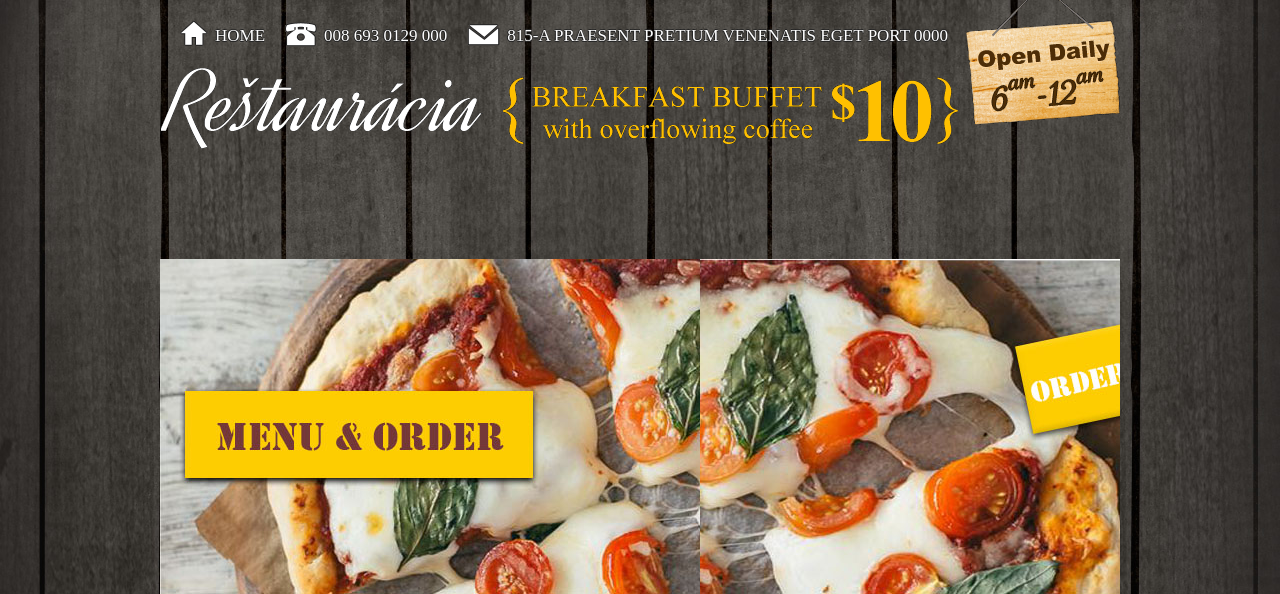
Repository: WarapornPum/OoadProject
Page: http://localhost/PizzaOrderSystem/Home.jsp
These files come from the project's save history. The page is drawn as it stood at one moment and after the next save; the edit follows.
The browser window is 1280 px wide. The pictures show the part of the page from y = 0 to 594 px (the page is 1195 px tall).
Pictures or frames that could not be fetched are drawn as grey boxes. The page is served by Tomcat 9. Other server files are loaded and not shown.

Above is the page before, as saved 2019-02-16 10:13:36.

### PizzaOrderSystem/WebContent/Home.jsp
<%@ page language="java" contentType="text/html; charset=UTF-8"
    pageEncoding="UTF-8"%>
<!DOCTYPE html PUBLIC "-//W3C//DTD HTML 4.01 Transitional//EN" "http://www.w3.org/TR/html4/loose.dtd">
<html>
<head>
	<title>Restaurant Website Template</title>
	<link rel="stylesheet" type="text/css" href="css/style.css">
</head>
<body>
	<div id="header"> <!-- start of header -->
		<span class="signboard"></span>
		<ul id="infos">
			<li class="home">
				<a href="index.html">HOME</a>
			</li>
			<li class="phone">
				<a href="contact.html">008 693 0129 000</a>
			</li>
			<li class="address">
				<a href="contact.html">815-A PRAESENT PRETIUM VENENATIS EGET PORT 0000</a>
			</li>
		</ul>
		<a href="index.html" id="logo"></a>
		<a href="menu.html" class="tagline"></a>
	</div> <!-- end of header -->

	<div id="body"> <!-- start of content -->
		<ul id="featured"> <!-- start of featured -->
			<li class="main">
				<a href="Menu.jsp"></a>
			</li>
			<li class="drinks">
				<a href="drinks.html"></a>
			</li>
			<li class="entree">
				<a href="entree.html"></a>
			</li>
			<li class="desserts">
				<a href="desserts.html"></a>
			</li>
		</ul> <!-- end of featured -->
	</div> <!-- end of content -->
	<div id="footer"> <!-- start of footer -->
		<ul class="advertise">
			<li class="delivery">
				<h2>Hungry? We Deliver</h2>
				<a href="menu.html">Download our Menu</a>
			</li>
			<li class="event">
				<h2>Party! Party!</h2>
				<p>Celebrate your<br> Special Events with Us</p>
			</li>
			<li class="connect">
				<h2>Let's Keep in Touch</h2>
				<a href="http://facebook.com/freewebsitetemplates" target="_blank" class="fb" title="Facebook"></a>
				<a href="http://twitter.com/fwtemplates" target="_blank" class="twitr" title="Twitter"></a>
			</li>
		</ul>
		<div>
			<ul class="navigation">
				<li class="selected"><a href="index.html">Home</a></li>
				<li><a href="booking.html">Book an event</a></li>
				<li><a href="blog.html">Blog</a></li>
				<li><a href="about.html">About</a></li>
				<li class="last"><a href="contact.html">Contact</a></li>
			</ul>
			<span>&copy; Copyright 2012. All Rights Reserved.</span>
		</div>
	</div> <!-- end of footer -->
</body>
</html>

### PizzaOrderSystem/WebContent/css/style.css
/* Website template by freewebsitetemplates.com */
@font-face {
    font-family: 'DynalightRegular';
    src: url('../fonts/dynalight-regular-webfont.eot');
    src: url('../fonts/dynalight-regular-webfont.eot?#iefix') format('embedded-opentype'),
         url('../fonts/dynalight-regular-webfont.woff') format('woff'),
         url('../fonts/dynalight-regular-webfont.ttf') format('truetype'),
         url('../fonts/dynalight-regular-webfont.svg#DynalightRegular') format('svg');
    font-weight: normal;
    font-style: normal;
}

body {
	background: #262523 url('../images/bg-body.jpg') no-repeat center top;
	color:#ffffff;
	margin:0px;
}

#infos li.home a, #infos li.phone a, #infos li.address a,
#footer ul.advertise li.delivery a, #footer ul.advertise li.connect a.fb, #footer ul.advertise li.connect a.twitr {
	background: url(../images/icons.gif) no-repeat;
}
#navigation li a, #contents h2 {
	background: url(../images/braces-left.gif) no-repeat;
}
#navigation li a span, #contents h2 span {
	background: url(../images/braces-right.gif) no-repeat;
}

/*-------------------------- Header --------------------------*/
#header{
	width: 960px;
	margin: 0px auto 105px;
	position: relative;
}
#header span.signboard {
	float: right;
	background: url(../images/schedule.gif) no-repeat;
	display: block;
	height: 125px;
	width: 154px;
	position: relative;
	z-index: 9;
}
#header .tagline {
	background: url(../images/breakfast-buffet.gif) no-repeat;
	display: inline-block;
	height: 80px;
	width: 462px;
}

#infos {
	display: inline-block;
	width: 790px;
	margin: 0px 0px 20px;
	padding: 20px 0px 0px 10px;
}
#infos li {
	float: left;
	font-family: 'Times New Roman', Times, serif;
	font-size: 17px;
	list-style-type: none;
	padding: 0px 10px;
}
#infos li a {
	color:#ffffff;
	display:block;
	height: 21px;
	padding-top: 6px;
	text-decoration:none;
	text-shadow: 0 1px #252525, 0 1px #252525, 0 -1px #252525, -1px 0 #252525;
}
#infos li a:hover {
	color: #6dcff6;
}
#infos li.home a {
	background-position: 0 -73px;
	padding-left: 35px;
}
#infos li.phone a {
	background-position: 0 -147px;
	padding-left: 39px;
}
#infos li.address a {
	background-position: 0 -110px;
	padding-left: 40px;
}

#logo {
	background: url(../images/logo.gif) no-repeat;
	display: inline-block;
	height: 83px;
	width: 330px;
	margin-right: 5px;
}

#navigation {
	background: url(../images/bg-navigation.gif) no-repeat left top ;
	height: 32px;
	width: 550px;
	margin: 0px;
	padding: 15px 10px;
	position: absolute;
	top: 92px;
	right: 40px;
}
#navigation li {
	float: left;
	height: 30px;
	list-style-type: none;
	margin: 0px 3px;
}
#navigation li a {
	background-position: 0 -90px;
	color: #ffffff;
	display: block;
	font-family: 'DynalightRegular';
	font-size: 25px;
	height: 25px;
	line-height: 25px;
	padding-left: 16px;
	text-decoration: none;
}
#navigation li a span {
	float: right;
	background-position: right -90px;
	display: inline-block;
	height: 25px;
	margin: 0px;
	padding-right: 22px;
}
#navigation li a:hover, #navigation .current, #navigation .current a {
	background-position: 0 -52px;
	color: #ffca00;
}
#navigation li a:hover span, #navigation .current a span {
	background-position: right -52px;
}

/*-------------------------- Contents --------------------------*/
#body {
	width: 960px;
	margin: 0px auto 50px;
}

#featured {
	height: 600px;
	width: 960px;
	margin: 0px;
	padding: 0px;
}
#featured li {
	float:left;
	list-style-type: none;
}
#featured li a {
	display: block;
}
#featured li.main a {
	background: url(../images/menu_order.jpg) no-repeat 0 0;
	height: 335px;
	width: 540px;
}
#featured li.main a:hover {
	background: url(../images/menu_order_hover.jpg) no-repeat 0 0;
}

#featured li.drinks a {
	background: url(../images/menu-2.jpg) no-repeat 0 0;
	height: 335px;
	width: 420px;
}
#featured li.drinks a:hover {
	background: url(../images/menu-2-hover.jpg) no-repeat 0 0;
}

#featured li.entree a {
	background: url(../images/entree.jpg) no-repeat 0 0;
	height: 255px;
	width: 540px;
}
#featured li.entree a:hover {
	background: url(../images/entree-hover.jpg) no-repeat 0 0;
}

#featured li.desserts a {
	background: url(../images/desserts.jpg) no-repeat 0 0;
	height: 255px;
	width: 420px;
}
#featured li.desserts a:hover {
	background: url(../images/desserts-hover.jpg) no-repeat 0 0;
}

#contents {
	background-color: #ffffff;
	color: #373737;
	line-height: 24px;
	border-top: 2px outset #393939;
	border-bottom: 2px inset #393939;
	margin: 0px 0px 50px;
	padding: 22px 0px;
	text-align: center;
}
#contents h2 {
	background-position: 0 0;
	color: #265d84;
	display: inline-block;
	font-family: 'DynalightRegular';
	font-size: 41px;
	height: 41px;
	line-height: 41px;
	margin: 0px 0px 42px;
	padding-left: 22px;
}
#contents h2 span {
	background-position: right 0;
	display: block;
	height: 41px;
	padding-right: 20px;
}

#contents p {
	letter-spacing: 1px;
	margin: 0px;
	padding: 0 10px 24px;
	text-align: justify;
}
#contents p a {
	color: #373737;
	font-weight: bold;
}

#contents div {
	width: 960px;
	margin: 0px auto;
	overflow: hidden;
}

/*------------------------- Contact us page -------------------------*/
#contents div table.contact-details {
	float: left;
	line-height: 24px;
	width: 510px;
	margin: 0px 0px 20px 10px;
	text-align: left;
}
#contents div table.contact-details td {
	padding-right: 20px;
	vertical-align: top;
}

/*------------------------- book-events us page -------------------------*/
#booking form {
	display: inline-block;
	height: 401px;
	width: 960px;
}
#booking form table {
	float: left;
	width: 940px;
	border-collapse: separate;
	margin: 0px 0px 0px 10px;
	padding: 6px 0 0;
	text-align: left;
}
#booking form table span {
	display: block;
}
#booking form table td {
	line-height: 24px;
	padding: 6px 5px;
	vertical-align: center;
}
#booking form table td textarea {
	height: 179px;
	width: 100%;
	border: 1px solid #000000;
	margin: 0 0 14px;
}
#booking form table td input {
	width: 100%;
	border: 1px solid #000000;
}
#booking form table td input.number {
	width: 60px;
}
#booking form table td input.radio {
	width: 16px;
	border: 0px;
}
#booking form table td input.button {
	float: right;
	background-color: transparent;
	color: #4b4b4b;
	cursor: pointer;
	font-family: Times New Roman;
	font-size: 1em;
	font-weight: bold;
	width: 60px;
	border: 0px;
	margin: 0px;
	padding: 0px;
}

/*--------------------------About us Page --------------------------*/
#aboutus h3 {
	color: #292929;
	font-size: 15px;
	letter-spacing: 1px;
	margin: 0;
	padding: 0px 10px;
	text-align: left;
}
#aboutus p {
	color: #3e3e3e;
	font-size: 15px;
	letter-spacing: 1px;
	line-height: 24px;
}
#aboutus p a {
	color: #383838;
	font-weight: bold;
}

/*-------------------------- Menu Pages --------------------------*/
#menus p, #menus p a, #booking p, #booking p a {
	color: #333333;
	font-size: 14px;
	line-height: 24px;
	letter-spacing: 0;
}
#menus h3 {
	color: #265d84;
	font-family: 'DynalightRegular';
	font-size: 35px;
	line-height: 35px;
	font-weight: normal;
	margin: 0px 0px 24px;
	text-align: center;
}
#menus ul {
	color: #393939;
	display: inline-block;
	margin: 0 0 42px;
	padding: 0;
}
#menus ul li {
	float: left;
	list-style-type: none;
	width: 480px;
}
#menus ul li ul {
	margin: 0;
	padding: 0px;
}
#menus ul li ul li {
	float: left;
	width: 210px;
	margin: 0px;
	padding: 0px 20px 0 10px;
	text-align: left;
}
#menus .price {
	float: right;
}
#menus ul li ul li p {
	clear: both;
	font-size: 0.9em;
	font-style: italic;
	padding-left: 0px;
	padding-right: 0px;
	text-align: left;
}

/*------------------------- Main-course -------------------------*/
#menus ul.main li {
	float: left;
	list-style-type: none;
	width: 210px;
	padding: 0px 10px;
}
#menus ul.main li ul li {
	padding: 0;
}

/*------------------------- Blog Page -------------------------*/
#blogs div.sidebar {
	float: right;
	width: 240px;
	text-align: left;
}
#blogs div.sidebar h3 {
	margin: 0;
	text-transform: uppercase;
}
#contents #blogs div.sidebar ul li a {
	color: #373737;
	text-decoration: none;
}
#contents #blogs div.sidebar ul li a:hover {
	color: #0e2934;
}

#blogs div.posts {
	width: inherit;
	margin: 0 0 48px;
}
#blogs div.posts ul {
	line-height: 24px;
	margin: 0;
	padding: 0 0 0 15px;
}

#blogs div.archives {
	width: inherit;
}
#blogs div.archives ul {
	display: inline-block;
	line-height: 24px;
	list-style: none;
	margin: 0;
	padding: 0;
}
#blogs div.archives ul li {
	float: left;
	width: 120px;
}

#blogs div.section {
	width: 680px;
	margin-right: 280px;
}
#blogs div.section p {
	font-size: 15px;
	letter-spacing: 1px;
}
#blogs div.section p b {
	display: block;
}

/*------------------------- Footer -------------------------*/
#footer	{
	color: #949494;
	font-family: Times New Roman;
	width: 960px;
	margin: 0 auto;
}
#footer ul.advertise {
	display: inline-block;
	width: 940px;
	margin: 0px auto 41px;
	padding: 0px 10px;
}
#footer ul.advertise li {
	float: left;
	background: url(../images/braces.gif) 15px 0 no-repeat;
	list-style-type: none;
	height: 180px;
	width: 210px;
	margin-right: 13px;
	padding: 0px 45px;
	text-align: center;
	overflow: hidden;
}
#footer ul.advertise li h2 {
	color: #6dcff6;
	font-family: 'DynalightRegular', cursive;
	font-size: 53px;
	line-height: 53px;
	font-weight: normal;
	margin: 0px;
	padding: 6px 0;
}
#footer ul.advertise li p, #footer ul.advertise li a {
	color: #ffffff;
	font-size: 1.2em;
	line-height: 20px;
	margin: 0px;
	text-decoration: none;
}

#footer ul.advertise li.delivery a {
	background-position: 170px 10px;
	display: block;
	width: 170px;
	padding-right: 16px;
	padding-top: 6px;
	text-shadow: 1px 1px 1px #252525;
}
#footer ul.advertise li.event h2 {
	width: 215px;
}
#footer ul.advertise li.connect a.fb {
	background-position: 0 -26px;
	display: inline-block;
	height: 37px;
	width: 17px;
	margin-right: 8px;
}
#footer ul.advertise li.connect a.twitr {
	background-position: 0 -184px;
	display: inline-block;
	height: 37px;
	width: 49px;
}
#footer ul.advertise li p a, #footer ul.advertise li.delivery p a {
	background: none;
	display: inline;
	font-style: oblique;
	padding-right: 0px;
}
#footer ul.advertise li p a:hover {
	color: #949494;
}

#footer div {
	line-height: 24px;
	text-align: center;
}
#footer div a {
	color: #949494;
	padding: 0px 10px;
	text-decoration: none;
}
#footer div a:hover, #footer div ul li.selected a {
	color: #ffffff;
}
#footer div ul {
	display: inline-block;
	height: 21px;
	margin: 0px auto;
	padding: 0px;
}
#footer div ul li {
	float: left;
	list-style-type: none;
	text-align: center;
}
#footer div ul li a {
	border-right: 1px solid #949494;
}
#footer div ul li.last a {
	border: 0px;
}
#footer div span {
	display: block;
	line-height: 24px;
	margin-bottom: 20px;
}
#footer div span a {
	padding: 0px;
}

After the next save:
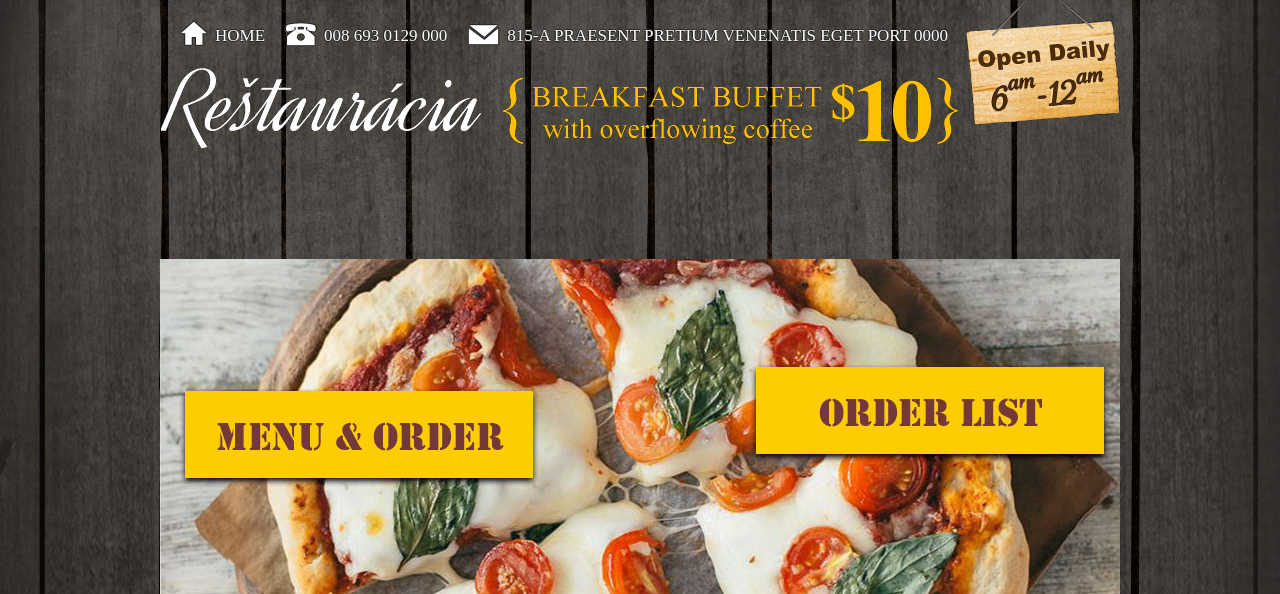
Saved 7 min 54 s later.
--- a/PizzaOrderSystem/WebContent/css/style.css
+++ b/PizzaOrderSystem/WebContent/css/style.css
@@ -166,12 +166,12 @@ body {
 }
 
 #featured li.drinks a {
-	background: url(../images/menu-2.jpg) no-repeat 0 0;
+	background: url(../images/menu_orderlist.jpg) no-repeat 0 0;
 	height: 335px;
 	width: 420px;
 }
 #featured li.drinks a:hover {
-	background: url(../images/menu-2-hover.jpg) no-repeat 0 0;
+	background: url(../images/menu_orderlist_hover.jpg) no-repeat 0 0;
 }
 
 #featured li.entree a {
